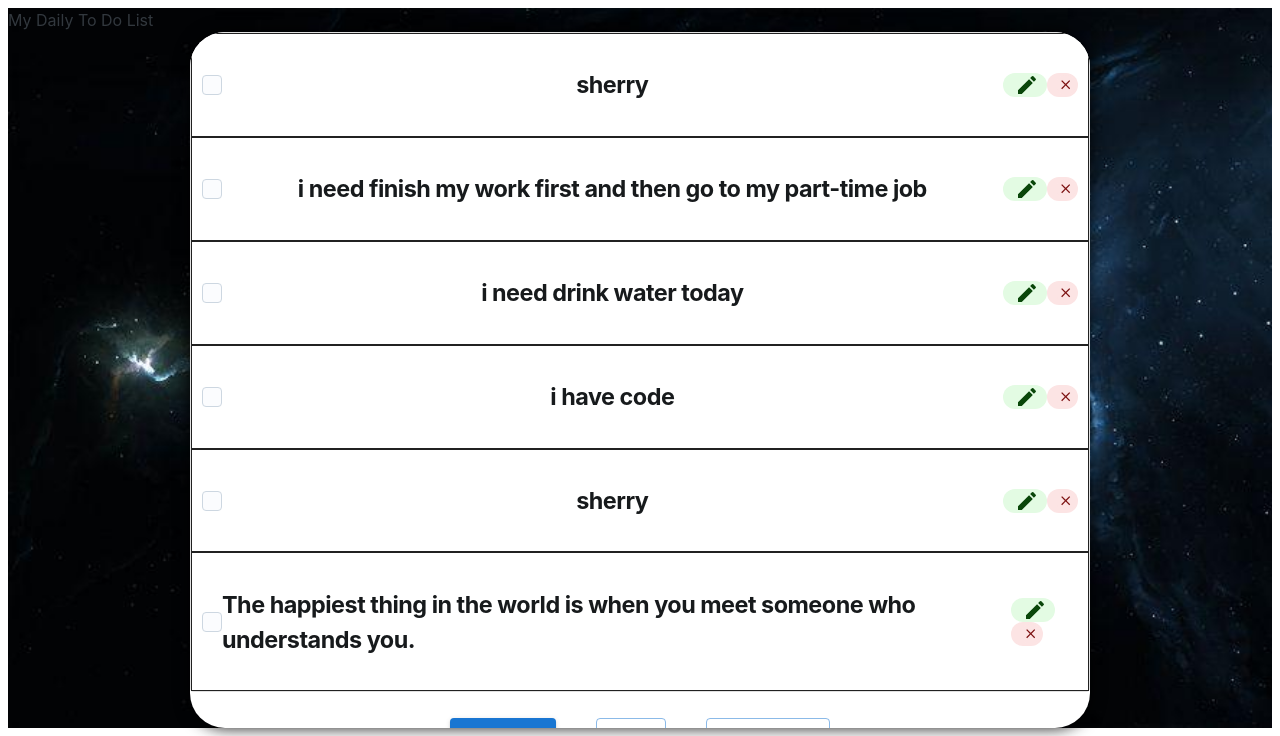
Repository: Tracy-maker/TodoList
Page: /
The author's editor kept a copy of each file at every save. The page is drawn from the files as they stood at one save, then again after a run of saves.
The browser window is 1280 px wide. The pictures show the whole page.
The project was rebuilt for these pictures with package versions that can differ from the ones it lists, and the page was loaded fresh each time. Requests to the local data server were answered from the project's data file. Also part of the build but not shown: src/components/TaskEdit.js.

Above is the page before, as saved 2023-09-19 22:50:34.

After the next 2 saves:
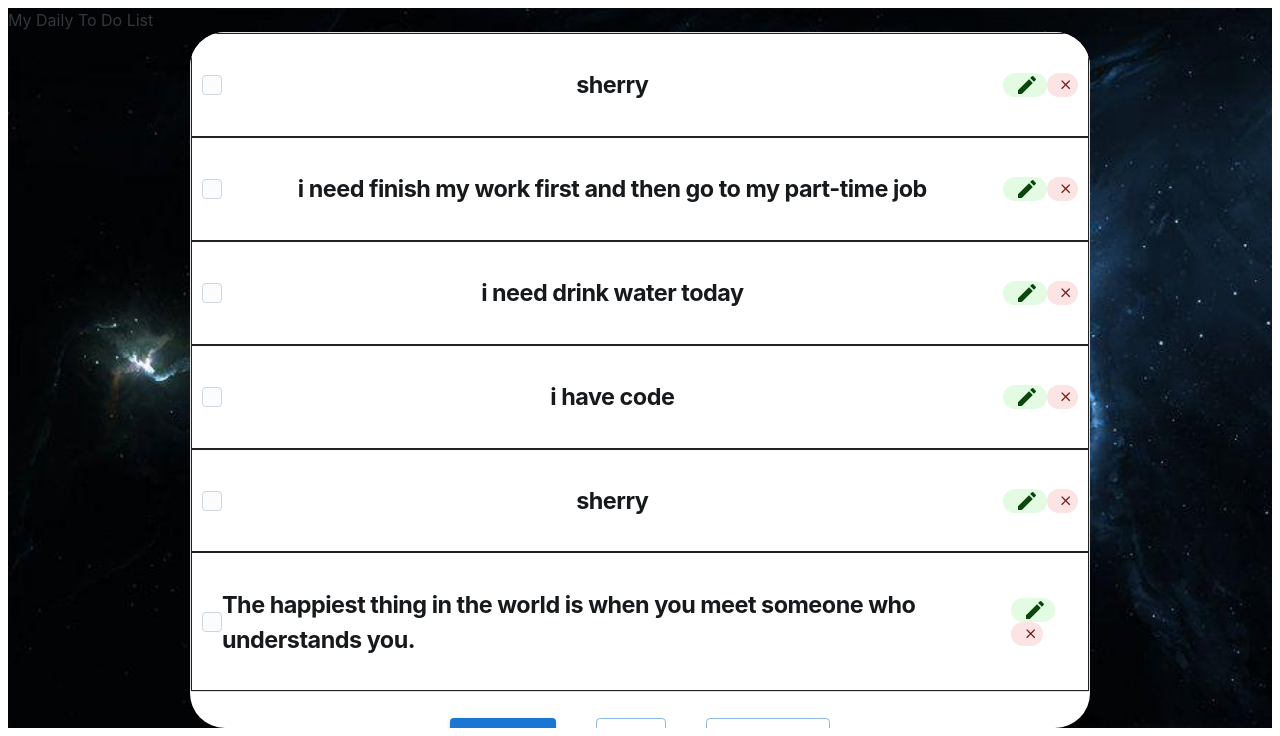
The 2 saves are shown as one change because they came seconds apart.
The last was saved 95 s later.
--- a/src/App.js
+++ b/src/App.js
@@ -25,7 +25,6 @@ const TaskForm = styled(Box)`
   width: 900px;
   background-color: white;
   border-radius: 35px;
-  box-shadow: 0 0 16px rgb(0 0 0 / 90%);
   overflow: hidden;
 `;
 function App() {
